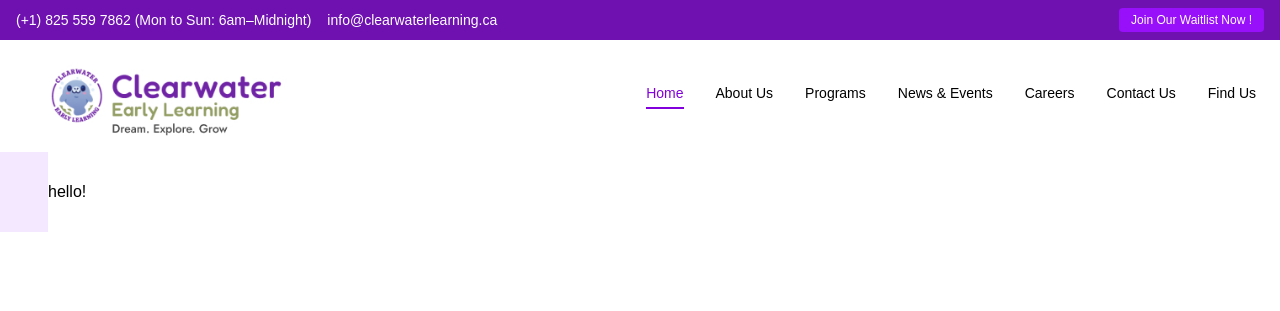
Repository: harshikabodekar/Daycare-Site
Page: /about-us
An editor plug-in stored every save of this project. The page is shown before and after the next save, followed by the edit.
The browser window is 1280 px wide. The pictures show the whole page.
The project was rebuilt for these pictures with package versions that can differ from the ones it lists, and the page was loaded fresh each time. The framework's server and built-in components were replaced by stand-ins that run in the browser. Also part of the build but not shown: next.config.mjs.

Above is the page before, as saved 2025-06-23 13:01:20.

### app/about-us/page.jsx
import About from "@/components/about/About";
import Image from "next/image";

export default function Page() {
    return (
<div>
    <About/>
</div>

    );
}

### components/about/About.jsx
import Image from "next/image";
import Navbar from "../home/Navbar";
export default function About() {
    return (
<>
<Navbar/>

 <div className="bg-white text-black flex items-center justify center ">
  <div className="bg-purple-100 text-black text-4xl font-bold px-6 py-10">

  </div>
        hello!
      </div>




</>
    );
}

### components/home/Navbar.jsx
import React from 'react';

export default function Navbar() {
  return (
    <div className="w-full shadow-md">

      <div className="bg-purple-800 text-white text-sm flex justify-between items-center px-4 py-2">
        <div className="flex items-center space-x-4">
          <div className="flex items-center justify-center space-x-1">
            <span>(+1) 825 559 7862 (Mon to Sun: 6am–Midnight)</span>
          </div>
          <div className="flex items-center justify-center space-x-1">
            <span>info@clearwaterlearning.ca</span>
          </div>
        </div>
        <div className="flex items-center space-x-2">
          <button className="bg-purple-600 hover:bg-purple-700 text-white text-xs px-3 py-1 rounded">
            Join Our Waitlist Now !
          </button>
        </div>
      </div>


      <div className="bg-white flex justify-between items-center px-6 py-4">
        <div className="flex items-center space-x-2">
          <img src="/logo.jpg" alt="Clearwater Logo" className="h-20 w-auto" />
        </div>
        <div className="flex space-x-8 font-medium text-sm text-black">

          <a  href="home" className="text-purple-700 border-b-2 border-purple-700 pb-1">Home</a>
          <a href="about-us" className="hover:text-purple-600">About Us</a>
          <a href="Program" className="hover:text-purple-600">Programs</a>
          <a href="#" className="hover:text-purple-600">News & Events</a>
          <a href="#" className="hover:text-purple-600">Careers</a>
          <a href="#" className="hover:text-purple-600">Contact Us</a>
          <a href="#" className="hover:text-purple-600">Find Us</a>

        </div>
      </div>
    </div>
  );
}

Loaded but not shown: app/layout.js (common file); app/globals.css (common file)

After the next save:
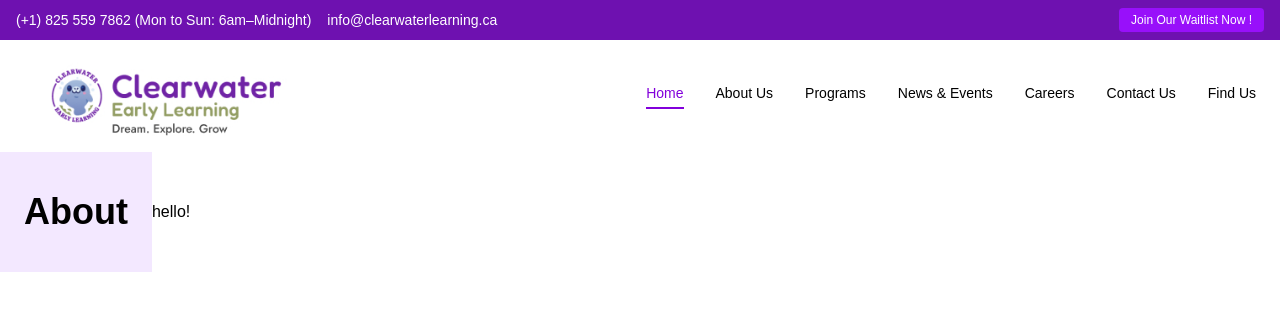
Saved 5 s later.
--- a/components/about/About.jsx
+++ b/components/about/About.jsx
@@ -7,7 +7,7 @@
 
  <div className="bg-white text-black flex items-center justify center ">
   <div className="bg-purple-100 text-black text-4xl font-bold px-6 py-10">
-
+About
   </div>
         hello!
       </div>
